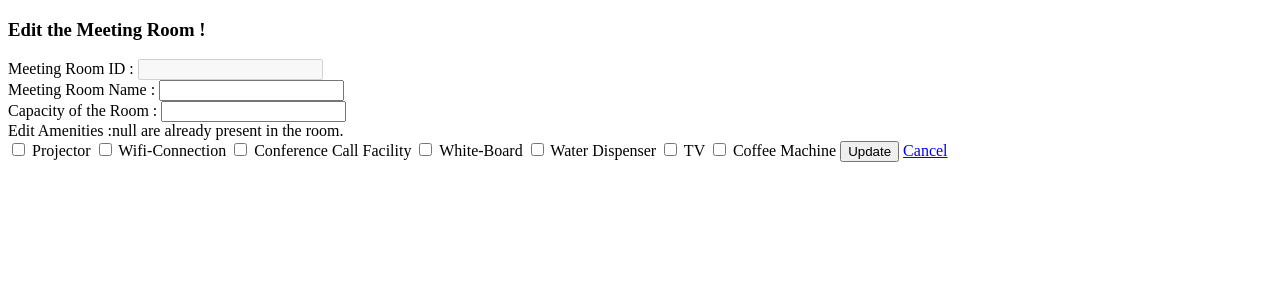
Repository: pavleen14/techyons-code-fury
Page: http://localhost/meetingroommanagement/editRoom.jsp
The author's editor kept a copy of each file at every save. The page is drawn from the files as they stood at one save, then again after the next save.
The browser window is 1280 px wide. The pictures show the whole page.
The page is served by Tomcat 9.

Above is the page before, as saved 2021-09-25 10:32:02.

After the next save:
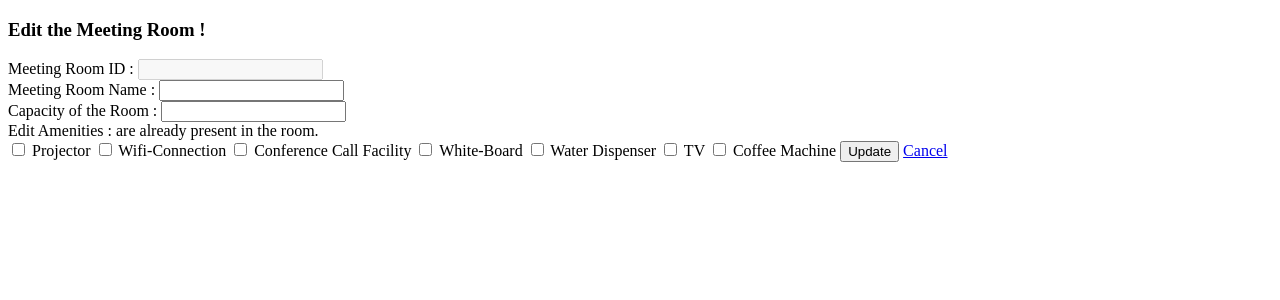
Saved 98 s later.
--- a/application/meetingroommanagement/src/main/webapp/editRoom.jsp
+++ b/application/meetingroommanagement/src/main/webapp/editRoom.jsp
@@ -14,13 +14,13 @@
 <h3>Edit the Meeting Room !</h3>
 <form action="meetingroom" method="POST">
    Meeting Room ID :
-   <input type="text" name="mid" disabled>${room.meetingRoomId}<br>
+   <input type="text" name="mid" value="${room.meetingRoomId}" disabled><br>
    Meeting Room Name :
-   <input type="text" name="mname">${room.meetingRoomId}<br>
+   <input type="text" name="mname" value="${room.meetingRoomIName}"><br>
    Capacity of the Room :
-   <input type="text" name="mcapacity">${room.meetingRoomId}<br>
+   <input type="number" name="mcapacity" value="${room.seatingCapacity}"><br>
 
-   Edit Amenities :<%= request.getParameterValues("amenities")%>  are already present in the room.<br>
+   Edit Amenities :${room.amenities}  are already present in the room.<br>
    <input type="checkbox"  name="amenities" value="Projector"> Projector
    <input type="checkbox"  name="amenities" value="Wifi-Connection"> Wifi-Connection
    <input type="checkbox"  name="amenities" value="Conference-Call-Facility"> Conference Call Facility
